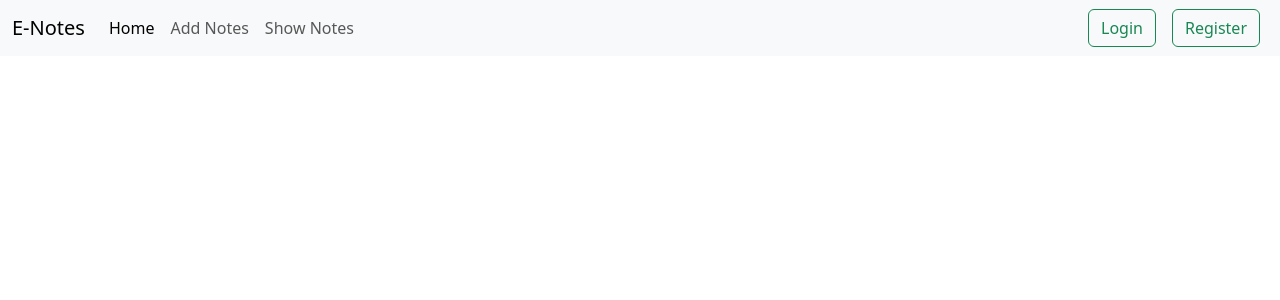
Repository: SandeepSharma2002/JavaProjects
Page: http://localhost/ENotes/home.jsp
An editor plug-in stored every save of this project. The page is shown before and after the next save, followed by the edit.
The browser window is 1280 px wide. The pictures show the whole page.
The page is served by Tomcat 9. Other server files are loaded and not shown.

Above is the page before, as saved 2023-10-24 18:19:08.

### ENotes/src/main/webapp/home.jsp
<%@ page language="java" contentType="text/html; charset=ISO-8859-1"
    pageEncoding="ISO-8859-1"%>
<!DOCTYPE html>
<html>
<head>
<meta charset="ISO-8859-1">
<%@ include file="Components/allcss.jsp"%>
<title>Insert title here</title>
</head>
<body>
<%@include file="Components/Navbar.jsp"%>
</body>
</html>

### ENotes/src/main/webapp/Components/allcss.jsp
<link ref="stylesheet" href="Style/Style.css" />

<link
	href="https://cdn.jsdelivr.net/npm/bootstrap@5.3.2/dist/css/bootstrap.min.css"
	rel="stylesheet"
	integrity="sha384-T3c6CoIi6uLrA9TneNEoa7RxnatzjcDSCmG1MXxSR1GAsXEV/Dwwykc2MPK8M2HN"
	crossorigin="anonymous">

<link rel="stylesheet"
	href="https://cdnjs.cloudflare.com/ajax/libs/font-awesome/6.4.2/css/all.min.css"
	integrity="sha512-z3gLpd7yknf1YoNbCzqRKc4qyor8gaKU1qmn+CShxbuBusANI9QpRohGBreCFkKxLhei6S9CQXFEbbKuqLg0DA=="
	crossorigin="anonymous" referrerpolicy="no-referrer" />


<script
	src="https://cdn.jsdelivr.net/npm/bootstrap@5.3.2/dist/js/bootstrap.bundle.min.js"
	integrity="sha384-C6RzsynM9kWDrMNeT87bh95OGNyZPhcTNXj1NW7RuBCsyN/o0jlpcV8Qyq46cDfL"
	crossorigin="anonymous"></script>

### ENotes/src/main/webapp/Components/Navbar.jsp
<%@page import="com.User.UserDetails"%>
<nav class="navbar navbar-expand-lg navbar-light bg-light">
	<div class="container-fluid">
		<a class="navbar-brand" href="index.jsp">E-Notes</a>
		<button class="navbar-toggler" type="button" data-bs-toggle="collapse"
			data-bs-target="#navbarSupportedContent"
			aria-controls="navbarSupportedContent" aria-expanded="false"
			aria-label="Toggle navigation">
			<span class="navbar-toggler-icon"></span>
		</button>
		<div class="collapse navbar-collapse" id="navbarSupportedContent">
			<ul class="navbar-nav me-auto mb-2 mb-lg-0">
				<li class="nav-item"><a class="nav-link active"
					aria-current="page" href="index.jsp">Home</a></li>
				<li class="nav-item"><a class="nav-link" href="#">Add Notes</a>
				</li>
				<li class="nav-item"><a class="nav-link" href="#">Show
						Notes</a></li>
			</ul>
			<form class="d-flex">
				<%
				UserDetails user = (UserDetails) session.getAttribute("User");

				if (user != null) {
				%>
				<a href="home.jsp"
					class="btn btn-outline-success my-2 my-sm-0 mx-sm-2" type="submit">Welcome <%= user.getName() %></a>
				<a href="index.jsp"
					class="btn btn-outline-success my-2 my-sm-0 mx-sm-2" type="submit">Logout</a>
				<%
				} else {
				%>
				<a href="LoginPage.jsp"
					class="btn btn-outline-success my-2 my-sm-0 mx-sm-2" type="submit">Login</a>
				<a href="RegisterPage.jsp"
					class="btn btn-outline-success my-2 my-sm-0 mx-sm-2" type="submit">Register</a>

				<%
				}
				%>


			</form>
		</div>
	</div>
</nav>

After the next save:
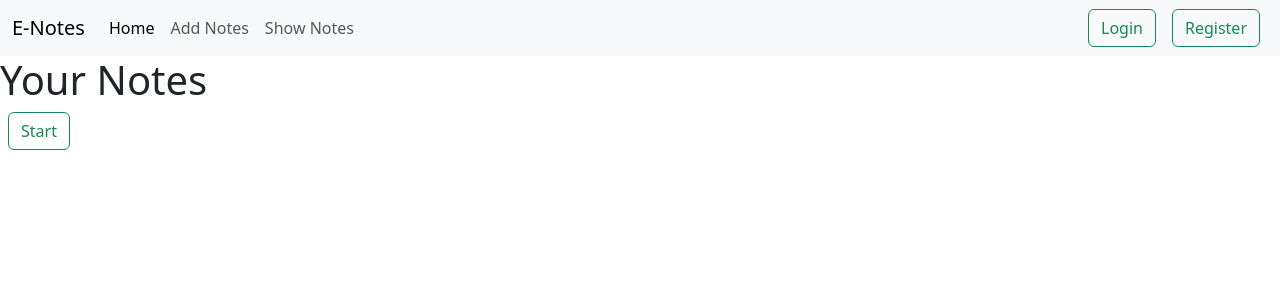
Saved 3 min 56 s later.
--- a/ENotes/src/main/webapp/home.jsp
+++ b/ENotes/src/main/webapp/home.jsp
@@ -9,5 +9,7 @@
 </head>
 <body>
 <%@include file="Components/Navbar.jsp"%>
+<h1>Your Notes</h1>
+<a href="LoginPage.jsp" class="btn btn-outline-success my-2 my-sm-0 mx-sm-2" type="submit">Start</a>
 </body>
 </html>
